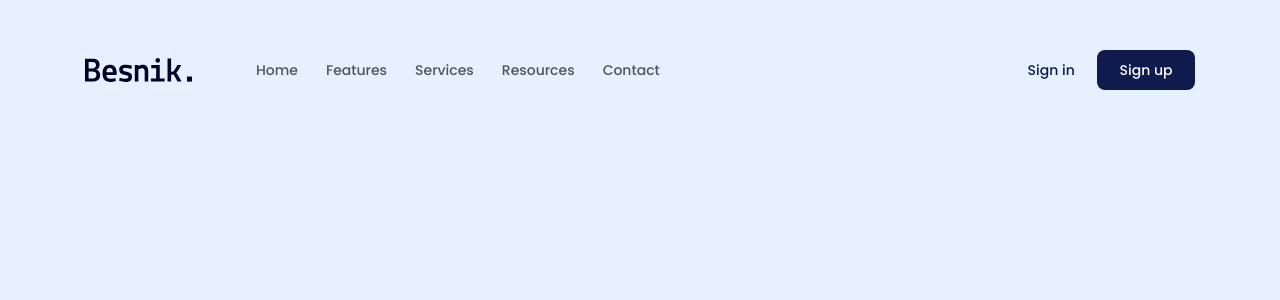
Repository: trungnguyen131/froject-01
Page: index.html
These files come from the project's save history. The page is drawn as it stood at one moment and after the next save; the edit follows.
The browser window is 1280 px wide. The pictures show the whole page.

Above is the page before, as saved 2024-02-24 12:12:43.

### index.html
<!DOCTYPE html>
<html lang="en">
<head>
    <meta charset="UTF-8">
    <meta name="viewport" content="width=device-width, initial-scale=1.0">
    <title>Project 01</title>
    <link rel="stylesheet" href="./assets/css/reset.css">
    <link rel="stylesheet" href="./assets/fonts/stylesheet.css">
    <link rel="stylesheet" href="./assets/css/style.css">
</head>
<body>
    <main>
        <!-- Header -->
        <header class="header">
            <div class="content">
                <nav class="navbar">
                    <!-- Logo -->
                    <img src="./assets/img/logo.svg" alt="Besnik.">
                    <!-- Navigation -->
                    <ul>
                        <li><a href="#!">Home</a></li>
                        <li><a href="#!">Features</a></li>
                        <li><a href="#!">Services</a></li>
                        <li><a href="#!">Resources</a></li>
                        <li><a href="#!">Contact</a></li>
                    </ul>
                    <!-- Action -->
                    <div class="actions">
                        <a href="#!" class="action-link">Sign in</a>
                        <a href="#!" class="btn action-btn">Sign up</a>
                    </div>
                </nav>
            </div>
        </header>
    </main>
</body>
</html>

### assets/fonts/stylesheet.css
/* ========================= Poppins =========================  */
@font-face {
    font-family: 'Poppins';
    src: url('Poppins/Poppins-SemiBold.woff2') format('woff2'),
        url('Poppins/Poppins-SemiBold.woff') format('woff');
    font-weight: 600;
    font-style: normal;
    font-display: swap;
}

@font-face {
    font-family: 'Poppins';
    src: url('Poppins/Poppins-Regular.woff2') format('woff2'),
        url('Poppins/Poppins-Regular.woff') format('woff');
    font-weight: normal;
    font-style: normal;
    font-display: swap;
}

@font-face {
    font-family: 'Poppins';
    src: url('Poppins/Poppins-MediumItalic.woff2') format('woff2'),
        url('Poppins/Poppins-MediumItalic.woff') format('woff');
    font-weight: 500;
    font-style: italic;
    font-display: swap;
}

@font-face {
    font-family: 'Poppins';
    src: url('Poppins/Poppins-Thin.woff2') format('woff2'),
        url('Poppins/Poppins-Thin.woff') format('woff');
    font-weight: 100;
    font-style: normal;
    font-display: swap;
}

@font-face {
    font-family: 'Poppins';
    src: url('Poppins/Poppins-ThinItalic.woff2') format('woff2'),
        url('Poppins/Poppins-ThinItalic.woff') format('woff');
    font-weight: 100;
    font-style: italic;
    font-display: swap;
}

@font-face {
    font-family: 'Poppins';
    src: url('Poppins/Poppins-Black.woff2') format('woff2'),
        url('Poppins/Poppins-Black.woff') format('woff');
    font-weight: 900;
    font-style: normal;
    font-display: swap;
}

@font-face {
    font-family: 'Poppins';
    src: url('Poppins/Poppins-Bold.woff2') format('woff2'),
        url('Poppins/Poppins-Bold.woff') format('woff');
    font-weight: bold;
    font-style: normal;
    font-display: swap;
}

@font-face {
    font-family: 'Poppins';
    src: url('Poppins/Poppins-SemiBoldItalic.woff2') format('woff2'),
        url('Poppins/Poppins-SemiBoldItalic.woff') format('woff');
    font-weight: 600;
    font-style: italic;
    font-display: swap;
}

@font-face {
    font-family: 'Poppins';
    src: url('Poppins/Poppins-BlackItalic.woff2') format('woff2'),
        url('Poppins/Poppins-BlackItalic.woff') format('woff');
    font-weight: 900;
    font-style: italic;
    font-display: swap;
}

@font-face {
    font-family: 'Poppins';
    src: url('Poppins/Poppins-ExtraBoldItalic.woff2') format('woff2'),
        url('Poppins/Poppins-ExtraBoldItalic.woff') format('woff');
    font-weight: bold;
    font-style: italic;
    font-display: swap;
}

@font-face {
    font-family: 'Poppins';
    src: url('Poppins/Poppins-ExtraBold.woff2') format('woff2'),
        url('Poppins/Poppins-ExtraBold.woff') format('woff');
    font-weight: bold;
    font-style: normal;
    font-display: swap;
}

@font-face {
    font-family: 'Poppins';
    src: url('Poppins/Poppins-ExtraLightItalic.woff2') format('woff2'),
        url('Poppins/Poppins-ExtraLightItalic.woff') format('woff');
    font-weight: 200;
    font-style: italic;
    font-display: swap;
}

@font-face {
    font-family: 'Poppins';
    src: url('Poppins/Poppins-ExtraLight.woff2') format('woff2'),
        url('Poppins/Poppins-ExtraLight.woff') format('woff');
    font-weight: 200;
    font-style: normal;
    font-display: swap;
}

@font-face {
    font-family: 'Poppins';
    src: url('Poppins/Poppins-BoldItalic.woff2') format('woff2'),
        url('Poppins/Poppins-BoldItalic.woff') format('woff');
    font-weight: bold;
    font-style: italic;
    font-display: swap;
}

@font-face {
    font-family: 'Poppins';
    src: url('Poppins/Poppins-Italic.woff2') format('woff2'),
        url('Poppins/Poppins-Italic.woff') format('woff');
    font-weight: normal;
    font-style: italic;
    font-display: swap;
}

@font-face {
    font-family: 'Poppins';
    src: url('Poppins/Poppins-Medium.woff2') format('woff2'),
        url('Poppins/Poppins-Medium.woff') format('woff');
    font-weight: 500;
    font-style: normal;
    font-display: swap;
}

@font-face {
    font-family: 'Poppins';
    src: url('Poppins/Poppins-LightItalic.woff2') format('woff2'),
        url('Poppins/Poppins-LightItalic.woff') format('woff');
    font-weight: 300;
    font-style: italic;
    font-display: swap;
}

@font-face {
    font-family: 'Poppins';
    src: url('Poppins/Poppins-Light.woff2') format('woff2'),
        url('Poppins/Poppins-Light.woff') format('woff');
    font-weight: 300;
    font-style: normal;
    font-display: swap;
}

### assets/css/style.css
* {
    box-sizing: border-box;
}

:root {
    --primary-color: #0f1b4c;
}

html {
    font-size: 62.5%;;
}

body {
    font-size: 1.6rem;
    font-family: 'Poppins', sans-serif;
}

/* Common */
a {
    text-decoration: none;
}
.content {
    width: 1110px;
    max-width: calc(100% - 48px);
    margin-left: auto;
    margin-right:auto;
}
.btn {
    min-width: 98px;
    background-color: var(--primary-color);
    border-radius: 8px;
    color: #FFF;
    text-align: center;
    font-size: 1.4rem;
    font-weight: 500;
    display: inline-block;
    padding: 18px 16px;
}
/* Header */
.header {
    height: 100vh;
    background: #E6F0FF;
}

.navbar {
    display: flex;
    align-items: center;
    padding-top: 50px;
}

.navbar ul {
    display: flex;
    margin-left: 50px;
}

.navbar .actions {
    margin-left: auto;
}

.navbar ul a {
    font-size: 1.4rem;
    font-weight: 500;
    color: #4F5361;
    padding: 8px 14px;
}

.navbar .action-link {
    font-size: 1.4rem;
    font-weight: 500;
    color: var(--primary-color);
}

.navbar .action-btn {
    padding: 13px 16px;
    margin-left: 18px;
}

Loaded but not shown: assets/css/reset.css (common file)

After the next save:
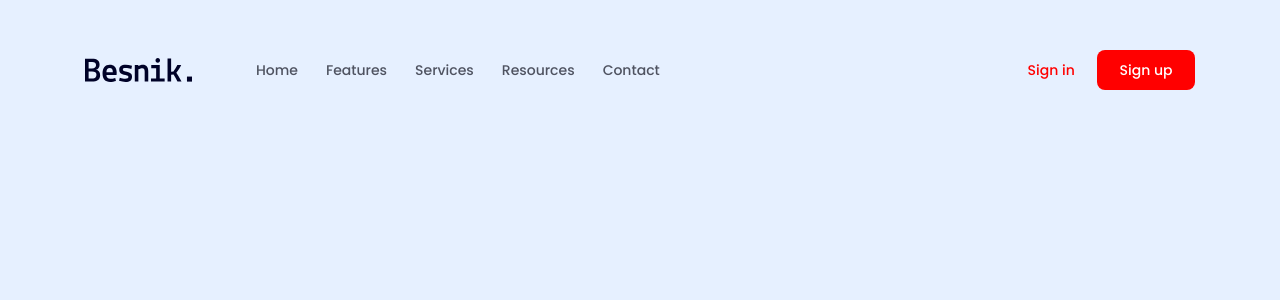
Saved 36 s later.
--- a/assets/css/style.css
+++ b/assets/css/style.css
@@ -3,7 +3,7 @@
 }
 
 :root {
-    --primary-color: #0f1b4c;
+    --primary-color: red;
 }
 
 html {

After the save that followed:
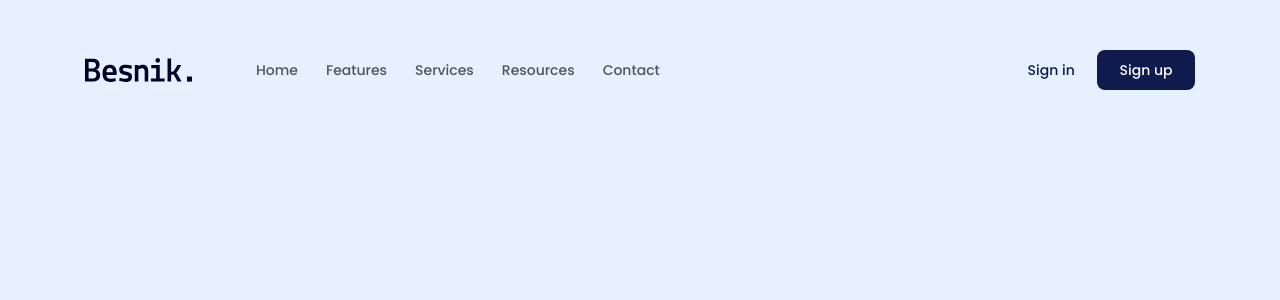
Saved 4 s later.
--- a/assets/css/style.css
+++ b/assets/css/style.css
@@ -3,7 +3,7 @@
 }
 
 :root {
-    --primary-color: red;
+    --primary-color: #0f1b4c;
 }
 
 html {
